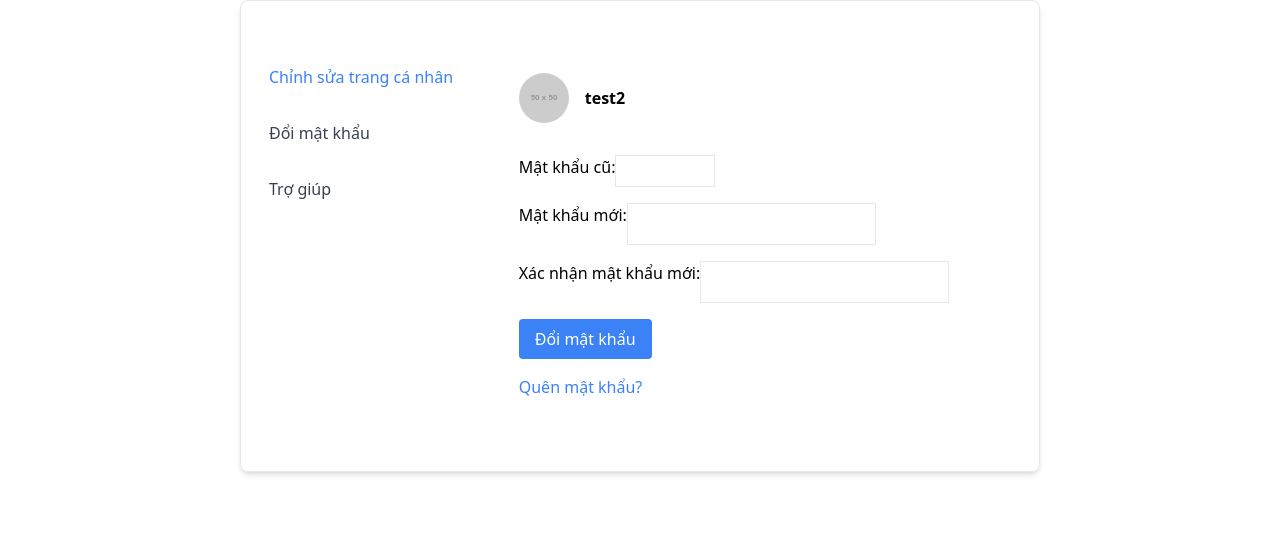
Repository: DangNgocDuong250903/2425_CS445AC_NHOM1
Page: /changepassword (app in social_fe/)
These files come from the project's save history. The page is drawn as it stood at one moment and after the next save; the edit follows.
The browser window is 1280 px wide. The pictures show the whole page.
The project was rebuilt for these pictures with package versions that can differ from the ones it lists, and the page was loaded fresh each time. Also part of the build but not shown: social_fe/vite.config.js, social_fe/src/components/Button/index.jsx, social_fe/src/assets/index.js, social_fe/src/components/FriendCard/index.jsx, social_fe/src/components/Loading/index.jsx, social_fe/src/components/PostCard/index.jsx, social_fe/src/components/ProfileCard/index.jsx, social_fe/src/components/TextInput/index.jsx and 9 more.

Above is the page before, as saved 2024-11-05 16:45:41.

After the next save:
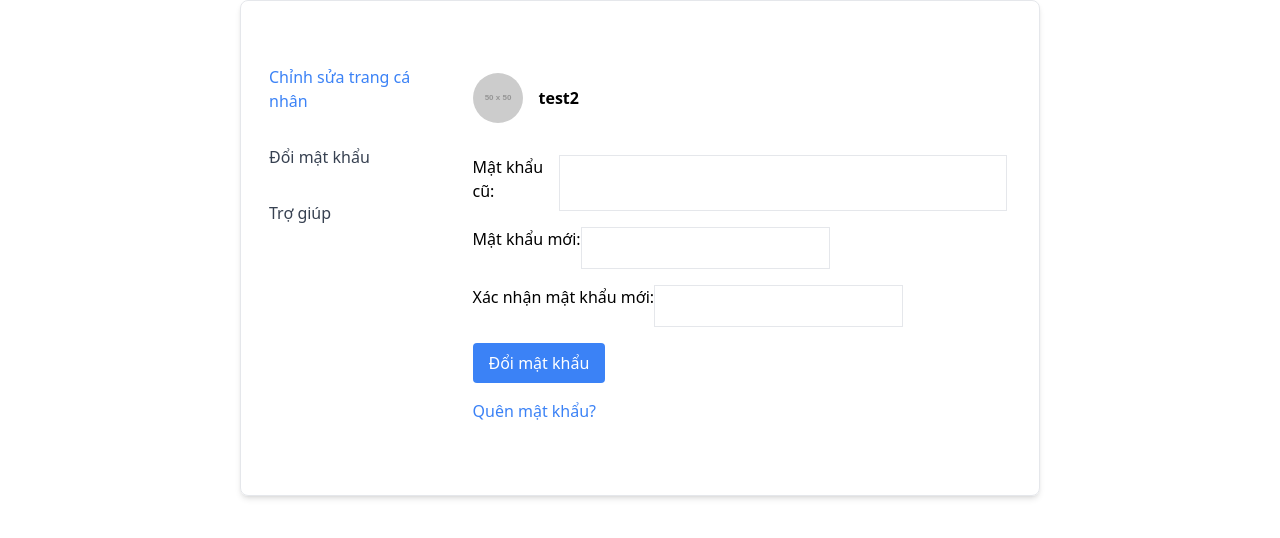
Saved 4 s later.
--- a/social_fe/src/pages/ProfilePage/ChangePassword.jsx
+++ b/social_fe/src/pages/ProfilePage/ChangePassword.jsx
@@ -45,7 +45,7 @@
                 </div>
                 <div className="flex mb-4 ">
                     <label className="mb-2 ">Mật khẩu cũ:</label>
-                    <input type="password" className="w-[100px] border" />
+                    <input type="password" className="w-[500px] border" />
                 </div>
                 <div className="flex mb-4 ju">
                     <label className="block mb-2">Mật khẩu mới:</label>

After the save that followed:
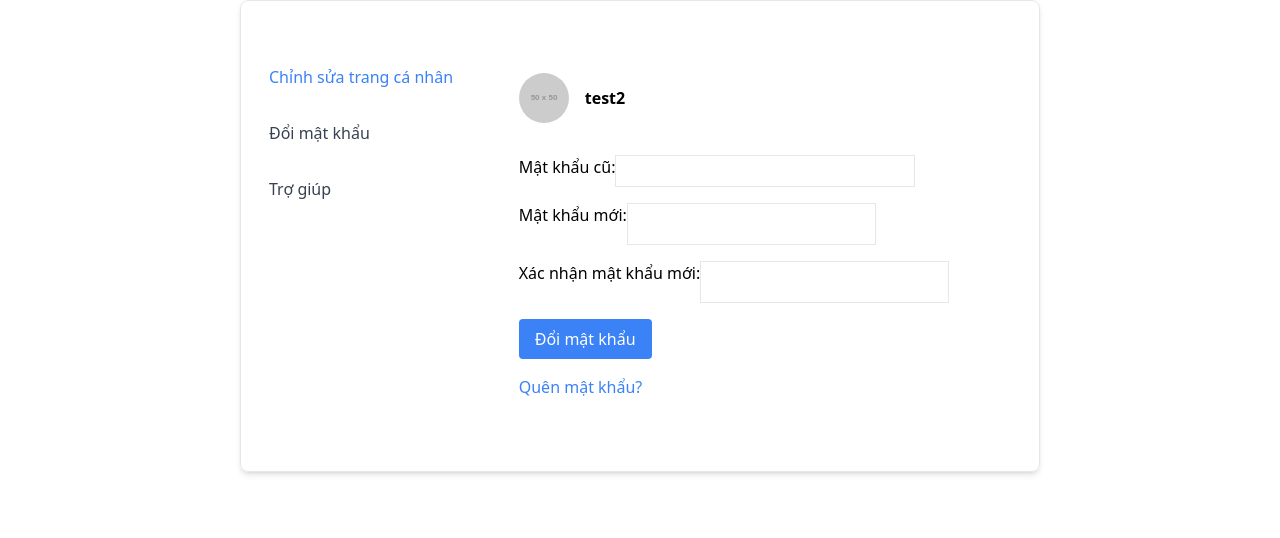
Saved 4 s later.
--- a/social_fe/src/pages/ProfilePage/ChangePassword.jsx
+++ b/social_fe/src/pages/ProfilePage/ChangePassword.jsx
@@ -45,7 +45,7 @@
                 </div>
                 <div className="flex mb-4 ">
                     <label className="mb-2 ">Mật khẩu cũ:</label>
-                    <input type="password" className="w-[500px] border" />
+                    <input type="password" className="w-[300px] border" />
                 </div>
                 <div className="flex mb-4 ju">
                     <label className="block mb-2">Mật khẩu mới:</label>
